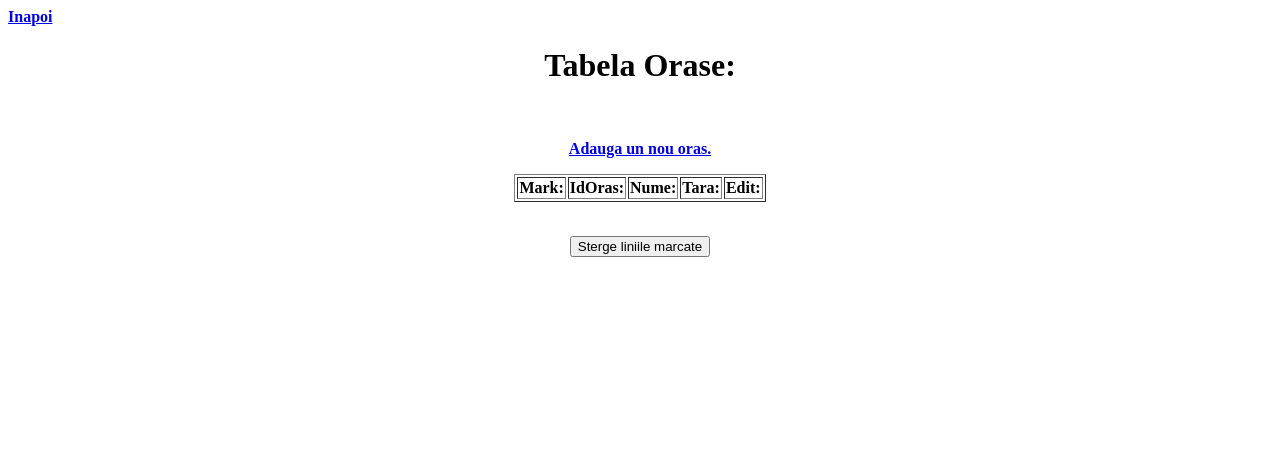
Repository: SusStefan/ActorDB
Page: http://localhost/Actori/sources/tabela_orase.jsp
These files come from the project's save history. The page is drawn as it stood at one moment and after the next save; the edit follows.
The browser window is 1280 px wide. The pictures show the whole page.
The page is served by Tomcat 9. Queries for data that is not in the repository find no rows.

Above is the page before, as saved 2025-12-15 19:28:14.

After the next save:
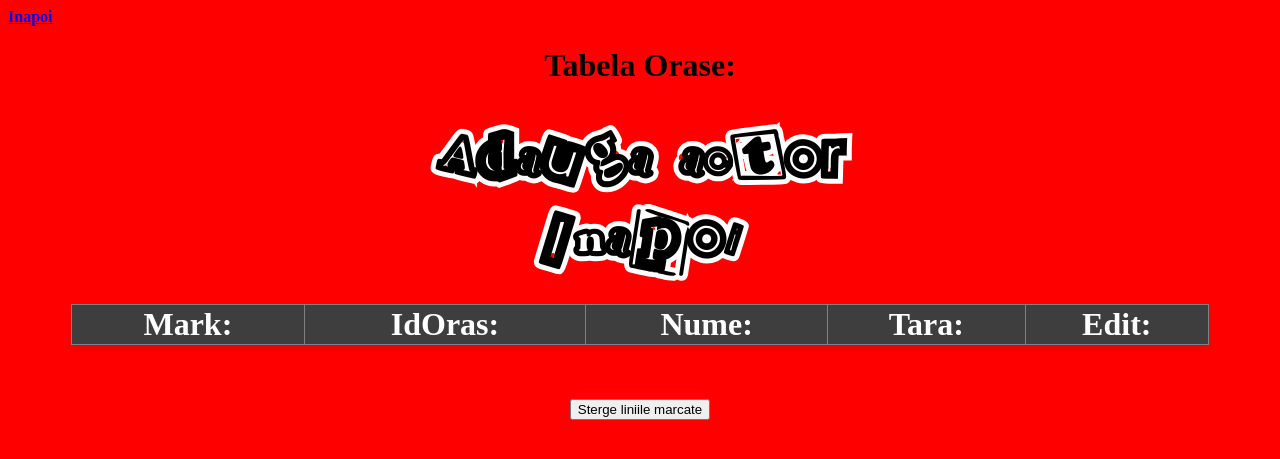
Saved 6 s later.
--- a/Actori/src/main/webapp/sources/tabela_orase.jsp
+++ b/Actori/src/main/webapp/sources/tabela_orase.jsp
@@ -5,6 +5,7 @@
  <head>
  <meta http-equiv="Content-Type" content="text/html; charset=UTF-8">
  <title>Tabela Orase</title>
+ <link rel="stylesheet" href="persona.css">
  </head>
  <jsp:useBean id="jb" scope="session" class="db.JavaBean" />
  <jsp:setProperty name="jb" property="*" />
@@ -12,7 +13,12 @@
   <a href="index.html"><b>Inapoi</b></a>
  <h1 align="center"> Tabela Orase:</h1>
  <br/>
- <p align="center"><a href="adauga_oras.jsp"><b>Adauga un nou oras.</b></a></p>
+<a href="adauga_actor.jsp">
+<div class="cssbutton "id="Butactori"><b class="sway-text"><strong>Adauga actor</strong></b></div>
+</a>
+ <a href="index.html">
+<div class="cssbutton "id="Butactori"><b class="sway-text"><strong>Inapoi</strong></b></div>
+</a>
  <form action="sterge_orase.jsp" method="post">
  <table border="1" align="center">
  <tr>
